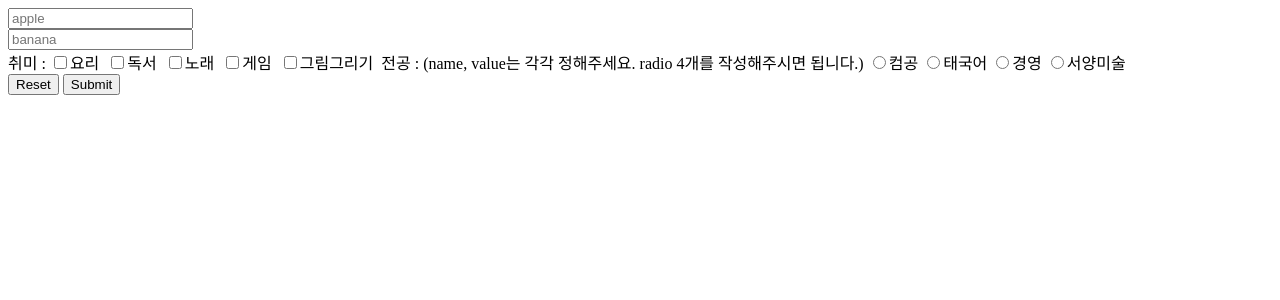
Repository: lee-ruru/jsp_practice
Page: http://localhost/JSPBasic/JspObject/1.requests/req_param_send.jsp
An editor plug-in stored every save of this project. The page is shown before and after the next save, followed by the edit.
The browser window is 1280 px wide. The pictures show the whole page.
The page is served by Tomcat 9.

Above is the page before, as saved 2022-02-03 06:42:15.

After the next save:
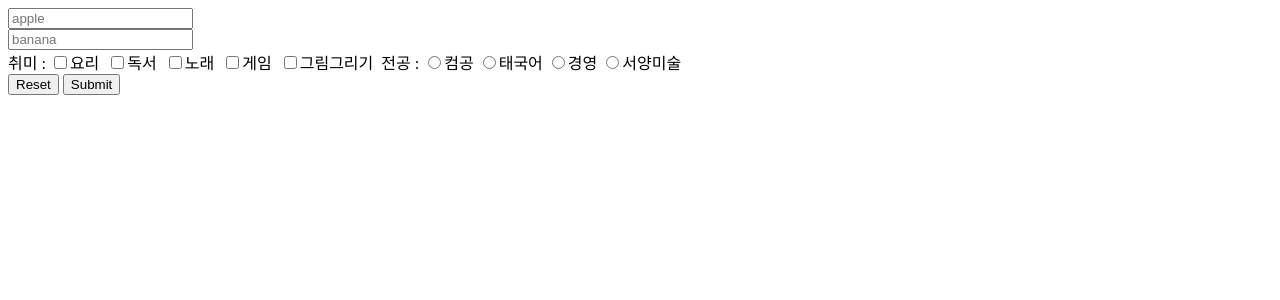
Saved 44 s later.
--- a/JSPBasic/src/main/webapp/JspObject/1.requests/req_param_send.jsp
+++ b/JSPBasic/src/main/webapp/JspObject/1.requests/req_param_send.jsp
@@ -26,7 +26,7 @@
 		<input type = "checkbox" name="hobby" value="게임" >게임&nbsp;
 		<input type = "checkbox" name="hobby" value="그림그리기" >그림그리기&nbsp;
 
-		전공 : (name, value는 각각 정해주세요. radio 4개를 작성해주시면 됩니다.)
+		전공 :
 
 		<input type="radio" name="major" value="컴퓨터공학"/>컴공
 		<input type="radio" name="major" value="태국어"/>태국어
